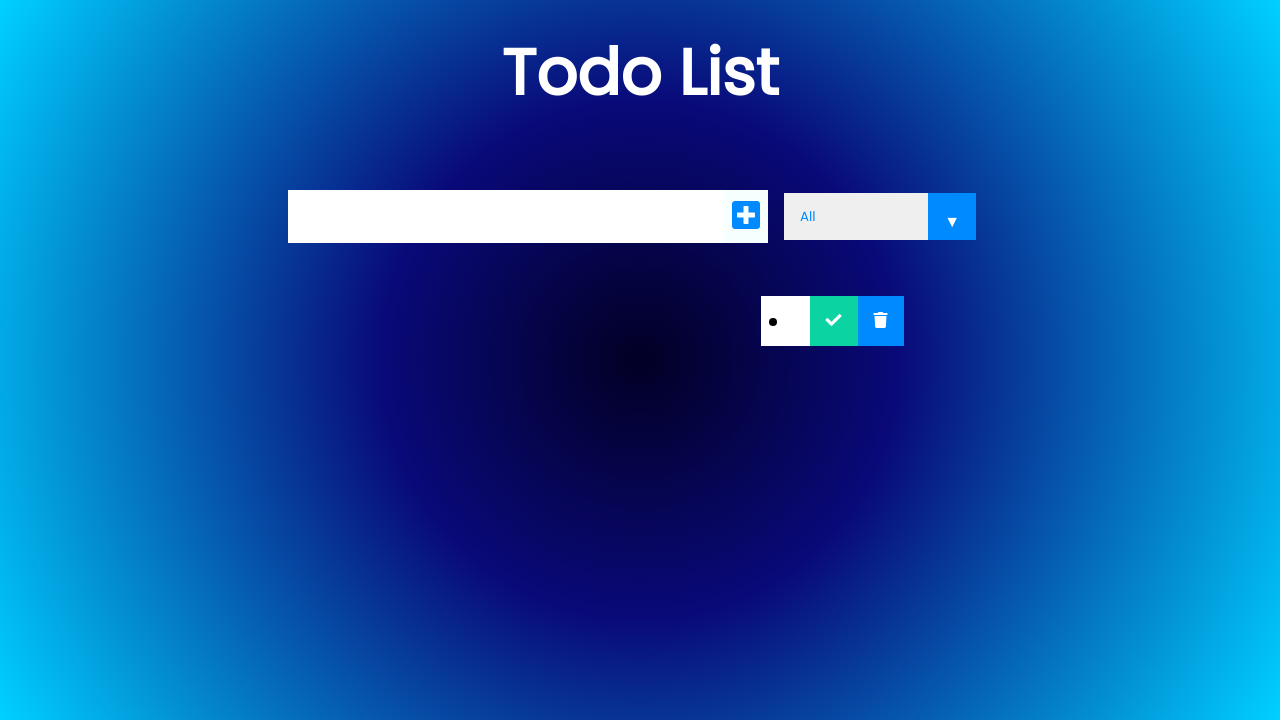
Repository: chellshelove/WADS_Assignment_TodoApp
Page: /
The author's editor kept a copy of each file at every save. The page is drawn from the files as they stood at one save, then again after the next save.
The browser window is 1280 px wide. The pictures show the whole page.
Some web libraries are served in a nearby version. The project was rebuilt for these pictures with package versions that can differ from the ones it lists, and the page was loaded fresh each time.

Above is the page before, as saved 2023-03-09 20:57:08.

### src/App.js
import React, {useState} from 'react';
import './App.css';
//importing components
import Form from './components/Form';
import TodoList from './components/TodoList';

function App() {
  const [inputText, setInputText] = useState("");
  const [todos, setTodos] = useState([]);
  return (
    <div className="todo-app">
      <header>
        <h1>Todo List</h1>
      </header>
      <Form inputText={inputText} todos={todos} setTodos={setTodos} setInputTtext={setInputText}/>
      <TodoList />
    </div>
  );
}

export default App;

### src/App.css
* {
  margin: 0;
  padding: 0;
  box-sizing: border-box;
}
body {
  background-image: radial-gradient(circle, rgba(2,0,36,1) 0%, rgba(9,9,121,1) 35%, rgba(0,209,255,1) 100%);
  color: white;
  font-family: "Poppins", sans-serif;
  min-height: 100vh;
}
header {
  font-size: 2rem;
}

header,
form {
  min-height: 20vh;
  display: flex;
  justify-content: center;
  align-items: center;
}
form input,
form button {
  padding: 0.5rem;
  font-size: 2rem;
  border: none;
  background: white;
}
form button {
  color: #008aff;
  background: #f7fffe;
  cursor: pointer;
  transition: all 0.3s ease;
}
form button:hover {
  background: #00ddff;
  color: white;
}
.todo-container {
  display: flex;
  justify-content: center;
  align-items: center;
}

.todo-list {
  min-width: 30%;
  list-style: none;
}

.todo {
  margin: 0.5rem;
  background: white;
  font-size: 1.5rem;
  color: black;
  display: flex;
  justify-content: space-between;
  align-items: center;
  transition: all 1s ease;
}
.filter-todo {
  padding: 1rem;
}
.todo li {
  flex: 1;
}

.trash-btn,
.complete-btn {
  background: #008aff;
  color: white;
  border: none;
  padding: 1rem;
  cursor: pointer;
  font-size: 1rem;
}
.complete-btn {
  background: rgb(11, 212, 162);
}
.todo-item {
  padding: 0rem 0.5rem;
}

.fa-trash,
.fa-check {
  pointer-events: none;
}

.fall {
  transform: translateY(10rem) rotateZ(20deg);
  opacity: 0;
}

.completed {
  text-decoration: line-through;
  opacity: 0.5;
}

/*CUSTOM SELECTOR */
select {
  -webkit-appearance: none;
  -moz-appearance: none;
  -ms-appearance: none;
  appearance: none;
  outline: 0;
  box-shadow: none;
  border: 0 !important;
  background-image: none;
}

/* Custom Select */
.select {
  margin: 1rem;
  position: relative;
  overflow: hidden;
}
select {
  color: #008aff;
  font-family: "Poppins", sans-serif;
  cursor: pointer;
  width: 12rem;
}
/* Arrow */
.select::after {
  content: "\25BC";
  position: absolute;
  top: 0;
  right: 0;
  padding: 1rem;
  background: #008aff;
  cursor: pointer;
  pointer-events: none;
}
/* Transition */
/*
.select:hover::after {
  transform: scale(1.5);
}
*/

### src/components/Form.js
import React from 'react'

const Form = ({setInputText, todos, setTodos, inputText}) => {
    const inputTextHandler = (e) => {
        console.log(e.target.value);
        setInputText(e.target.value);
    };
    const submitTodoHandler = (e) => {
        e.preventDefault();
        setTodos = ([
            ...todos, {text: inputText, completed: false, id: Math.random() * 10000},
        ]);
        setInputText("");
    };
    return(
        <form>
      <input
      //value = {inputText}
      onChange={inputTextHandler} type="text" className="todo-input" />
      <button onClick={submitTodoHandler} className="todo-button" type="submit">
        <i className="fas fa-plus-square"></i>
      </button>
      <div className="select">
        <select name="todos" className="filter-todo">
          <option value="all">All</option>
          <option value="completed">Completed</option>
          <option value="uncompleted">Uncompleted</option>
        </select>
      </div>
    </form>
    );
}

export default Form;

### src/components/TodoList.js
import React from 'react';
import Todo from './Todo';

const TodoList = () => {
    return(
        <div className="todo-container">
      <ul className="todo-list"></ul>
      <Todo />
    </div>
    );
};

export default TodoList;

### src/components/Todo.js
import React from 'react'

const Todo = () => {
    return(
        <div className="todo">
            <li className="todo-item"></li>
            <button className="complete-btn">
                <i className="fas fa-check"></i>
            </button>
            <button  className="trash-btn">
                <i className="fas fa-trash"></i>
            </button>
        </div>
    );
};

export default Todo;

Loaded but not shown: public/index.html (common file); src/index.js (common file)

After the next save:
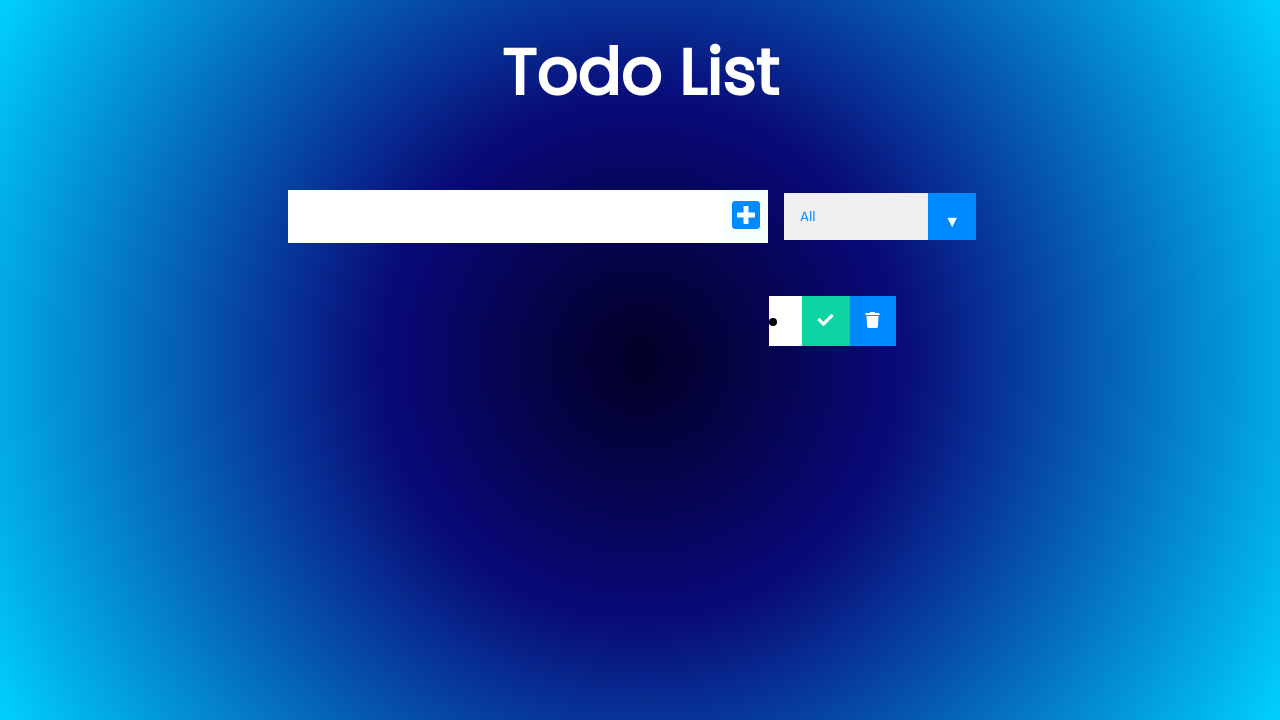
Saved 101 s later.
--- a/src/components/Todo.js
+++ b/src/components/Todo.js
@@ -3,7 +3,7 @@
 const Todo = () => {
     return(
         <div className="todo">
-            <li className="todo-item"></li>
+            <li className="todoItem"></li>
             <button className="complete-btn">
                 <i className="fas fa-check"></i>
             </button>

After the save that followed:
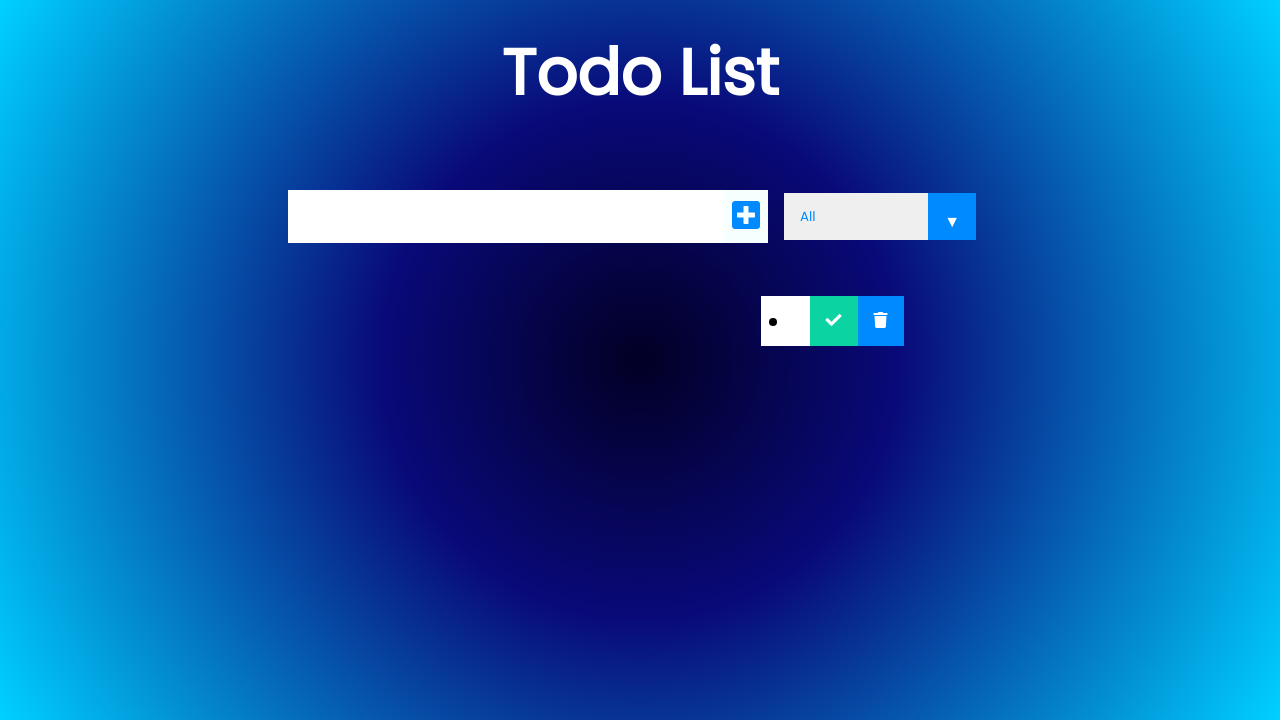
Saved 14 s later.
--- a/src/components/Todo.js
+++ b/src/components/Todo.js
@@ -3,7 +3,7 @@
 const Todo = () => {
     return(
         <div className="todo">
-            <li className="todoItem"></li>
+            <li className="todo-item"></li>
             <button className="complete-btn">
                 <i className="fas fa-check"></i>
             </button>
